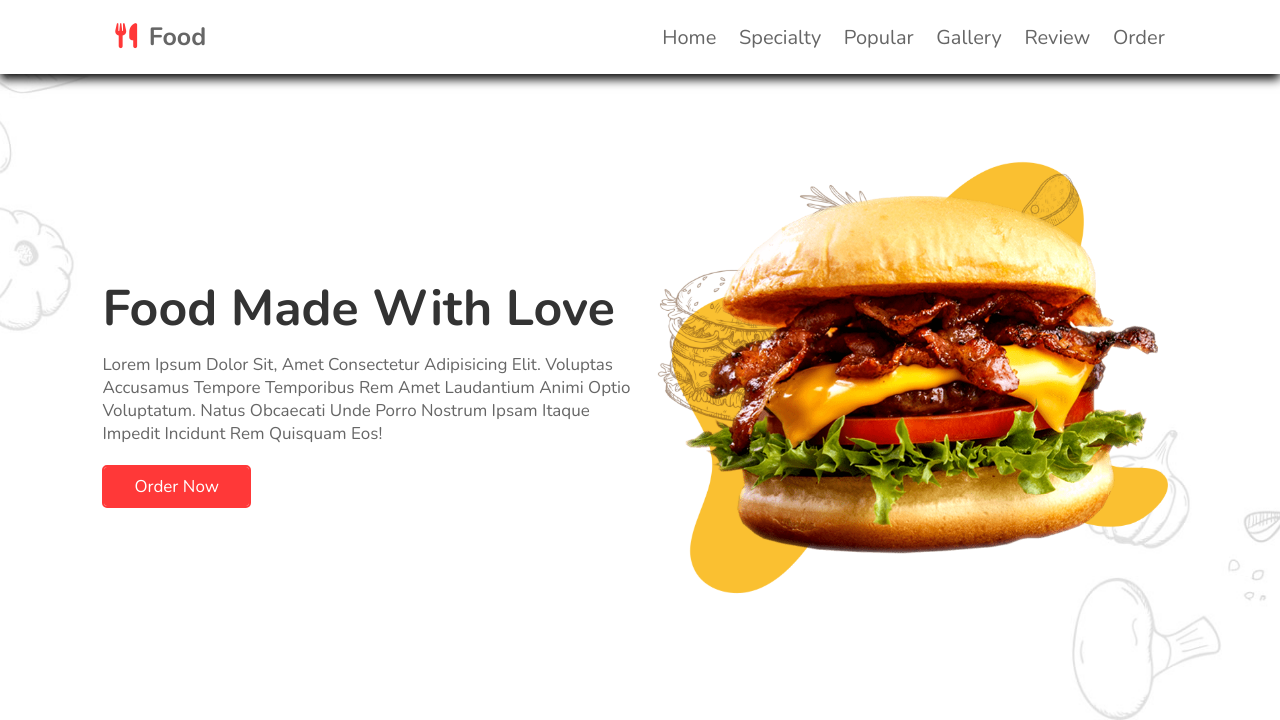
Repository: wenxi0504/ResturantApp-static-
Page: index.html
These files come from the project's save history. The page is drawn as it stood at one moment and after the next save; the edit follows.
The browser window is 1280 px wide. The pictures show the whole page.
The pointer rests on the first visible `.btn`.

Above is the page before, as saved 2022-01-09 23:09:10.
Console error: TypeError: Cannot read properties of null (reading 'classList')

### index.html
<!DOCTYPE html>
<html lang="en">
<head>
    <meta charset="UTF-8">
    <meta http-equiv="X-UA-Compatible" content="IE=edge">
    <meta name="viewport" content="width=device-width, initial-scale=1.0">
    <title>Maple Yip Seafood Restaurant</title>
    <!-- font awesome cnd link-->
    <link rel="stylesheet" href="https://cdnjs.cloudflare.com/ajax/libs/font-awesome/6.0.0-beta3/css/all.min.css">
    <!--custom css link-->
    <link rel="stylesheet" href="./style.css">
</head>
<body>
    <!--header section-->
    <header>
        <!-- current page-->
        <a href="#" class="logo"><i class="fas fa-utensils"></i> food </a>
        <div id="menu-bar" class="fas fa-bars"> </div>
        <nav class="navbar">
            <a href="#home">Home</a>
            <a href="#speciality">Specialty</a>
            <a href="#popular">Popular</a>
            <a href="#gallery">gallery</a>
            <a href="#revire">Review</a>
            <a href="#order">Order</a>
        </nav>
    </header>
    <!-- header section ends-->
    <!--home section-->
    <section class="home" id="home">
        <div class="content">
            <h3>food made with love</h3>
            <p>Lorem ipsum dolor sit, amet consectetur adipisicing elit. Voluptas accusamus tempore temporibus rem amet laudantium animi optio voluptatum. Natus obcaecati unde porro nostrum ipsam itaque impedit incidunt rem quisquam eos!</p>
            <a href="#" class="btn">order now</a>
        </div>
        <div class="image">
            <img src="images/home-img.png" alt="home-img">
        </div>
    </section>
    <!--home section ends-->
<!--custom js file link-->
    <script src="script.js"></script>
</body>
</html>

### style.css
@import url('https://fonts.googleapis.com/css2?family=Nunito:wght@200;300;400;600;700&display=swap');

:root{
--red:#ff3838;
}
 /* match everything */
*{
    font-family: 'Nunito', sans-serif;
    margin:0;
    padding:0;
    box-sizing:border-box;
    outline:none;
    border:none;
    text-decoration: none;
    /* text 大小写 */
    text-transform: capitalize;
    transition: all .2s linear;
}

/* the part that the user choose to highlight */
*::selection{
    background:var(--red);
    color:#fff;
  }

html{
    font-size: 62.5%;
    overflow-x: hidden;
    scroll-behavior: smooth;
    scroll-padding-top:6rem;
}

body{
    background: #f7f7f7;
}

header{
    position:fixed;
    top:0;
    left:0;
    right: 0;
    z-index:1000;
    display: flex;
    align-items: center;
    justify-content: space-between;
    background:#fff;
    padding:2rem 9%;
    box-shadow: 0 .5rem 1rem rgba(0,0,0,1);

}

header .logo{
    font-size:2.5rem;
    font-weight: bolder;
    color:#666;
}

header .logo i{
    padding-right: .5rem;
    color:var(--red);
}

header .navbar a{
    font-size: 2rem;
    margin-left: 2rem;
    color:#666;
  }

header .navbar a:hover{

    color:var(--red);
}

#menu-bar{

    font-size:3rem;
    cursor:pointer;
    color:#666;
    border:.1rem solid #666;
    border-radius: .3rem;
    padding:.5rem 1.5rem;
    display: none;
}
/* section part  */
section{
  padding: 2rem 8%;
}

.home{
  display:flex;
  flex-wrap: wrap;
  gap:1.5rem;
  min-height:100vh;
  align-items:center;
  background:url(./images/home-bg.jpg) no-repeat;
  background-size:cover;
  background-position: center;
}

.home .content{
  flex: 1 1 40rem;
  padding-top: 6.5rem;
}

.home .image{
  flex: 1 1 40rem;
}

.home .image img{
  width:100%;
  padding:1rem;
  animation:float 3s linear infinite;
}

@keyframes float{
  0%, 100%{
    transform:translateY(0rem);
  }
  50%{
    transform:translateY(3rem);
  }
}

.home .content h3{
font-size: 5rem;
color:#333;
}

.home .content p{
  font-size: 1.7rem;
  color:#666;
  padding:1rem 0;
}

.btn{
  display: inline-block;
  padding:.8rem 3rem;
  border:.2rem solid var(--red);
  color:var(--red);
  cursor: pointer;
  font-size:1.7rem;
  border-radius:.5rem;
  position: relative;
  overflow: hidden;
  z-index: 0;
  margin-top: 1rem;
}

.btn::before{
  content: '';
  position: absolute;
  top:0; right: 0;
  width:0%;
  height:100%;
  background:var(--red);
  transition: .3s linear;
  z-index: -1;
}

.btn:hover::before{
  width:100%;
  left:0;
}

.btn:hover{
  color:#fff;
}









/* media queries for different devices */


@media(max-width:991px){

    html{
      font-size: 55%;
    }

    header{
      padding:2rem;
    }

    section{
      padding:2rem;
    }

  }

  @media(max-width:768px){

    #menu-bar{
      display: initial;
    }

    header .navbar{
      position: absolute;
      top:100%; left: 0; right:0;
      background: #f7f7f7;
      border-top: .1rem solid rgba(0,0,0,.1);
      clip-path: polygon(0 0, 100% 0, 100% 0%, 0 0);
    }

    header .navbar.active{
      clip-path: polygon(0 0, 100% 0, 100% 100%, 0% 100%);
    }

    header .navbar a{
      margin: 1.5rem;
      padding:1.5rem;
      display: block;
      border:.2rem solid rgba(0,0,0,.1);
      border-left:.5rem solid var(--red);
      background:#fff;

    }

  }


  @media(max-width:450px){

    html{
      font-size: 50%;
    }

    .order .row form .inputBox input{
      width:100%;}
    }

### script.js
let menu= document.querySelector('#menu-bar');
let navbar=document.querySelector('.navbar');

menu.onclick=()=>{
    // 'fa-time' is "X" icon
    menu.classList.toggle('fa-times');
    navbar.classList.toggle('active');
}

window.onscroll= () =>{
    menu.classList.remove('fa-times');
    navbar.classList.remove('active');

    if(window.scrollY>60)
    {
        document.querySelector('#scroll-top').classList.add('active');
    }
    else
    {   document.querySelector('#scroll-top').classList.remove('active');

    }
}

After the next save:
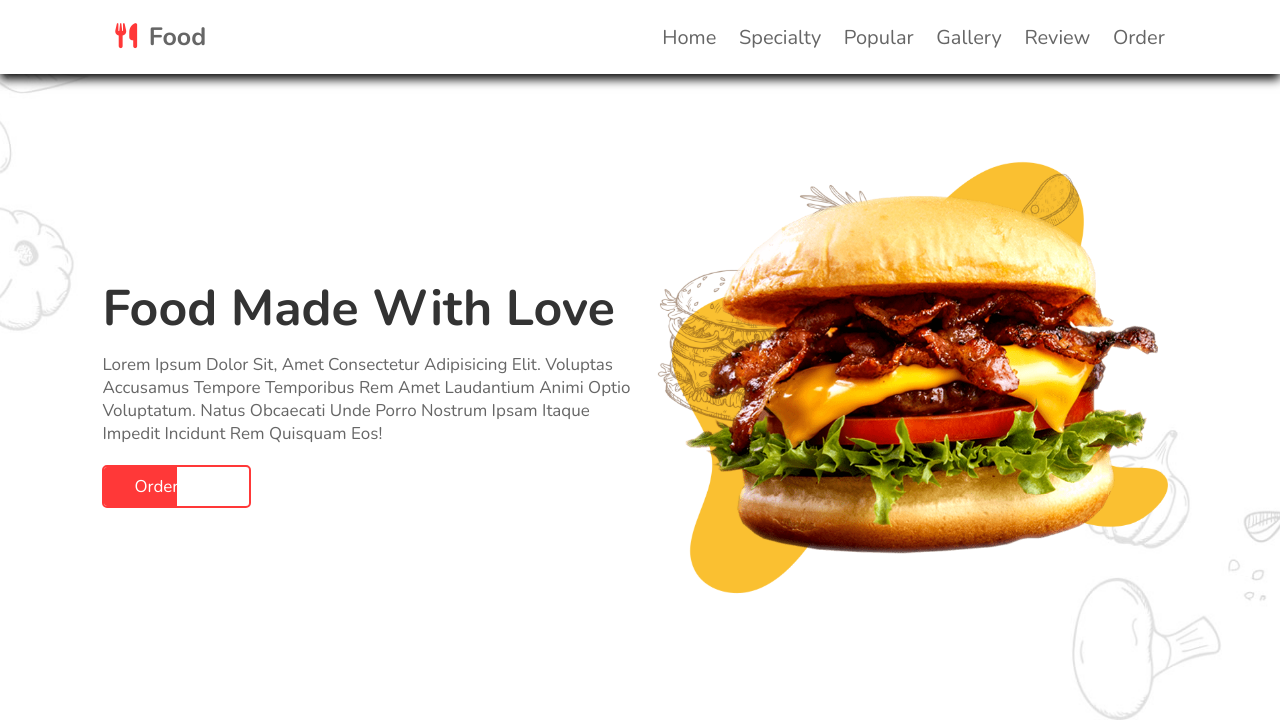
Saved 2 min 28 s later.
--- a/style.css
+++ b/style.css
@@ -158,7 +158,7 @@
 }
 
 .btn:hover::before{
-  width:100%;
+  width:50%;
   left:0;
 }
 

After the save that followed:
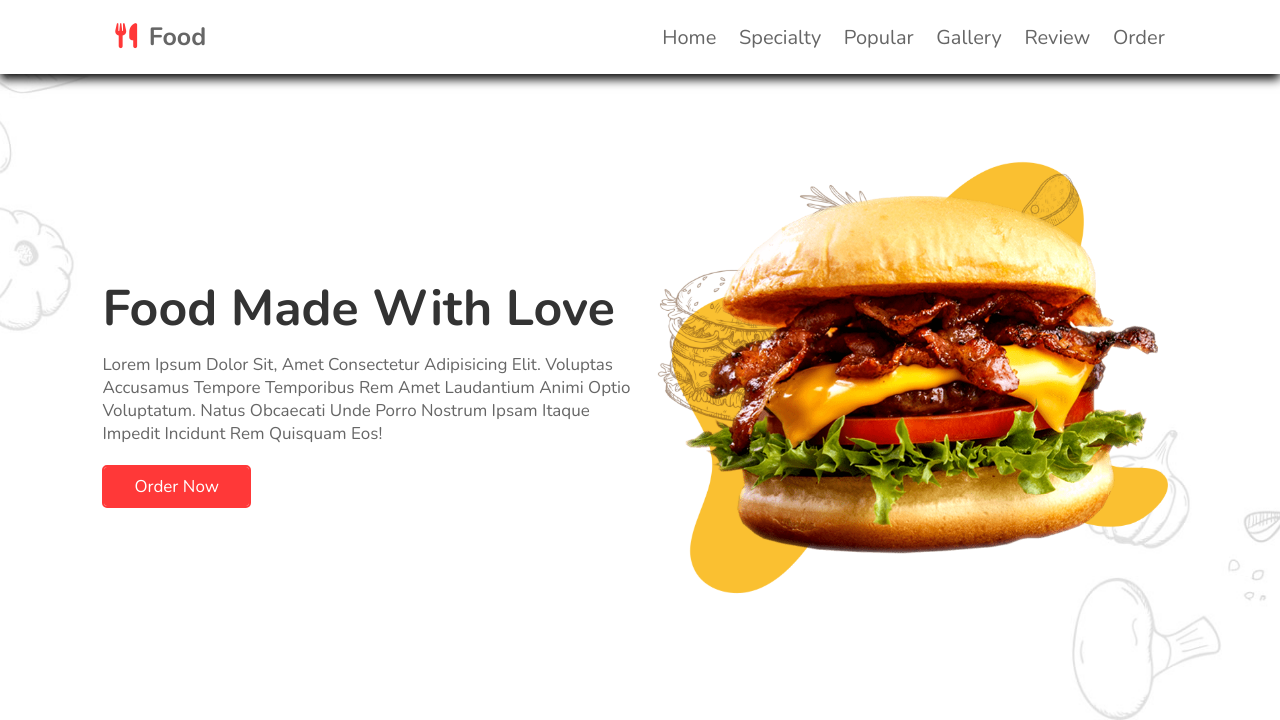
Saved 28 s later.
--- a/style.css
+++ b/style.css
@@ -158,7 +158,7 @@
 }
 
 .btn:hover::before{
-  width:50%;
+  width:100%;
   left:0;
 }
 
